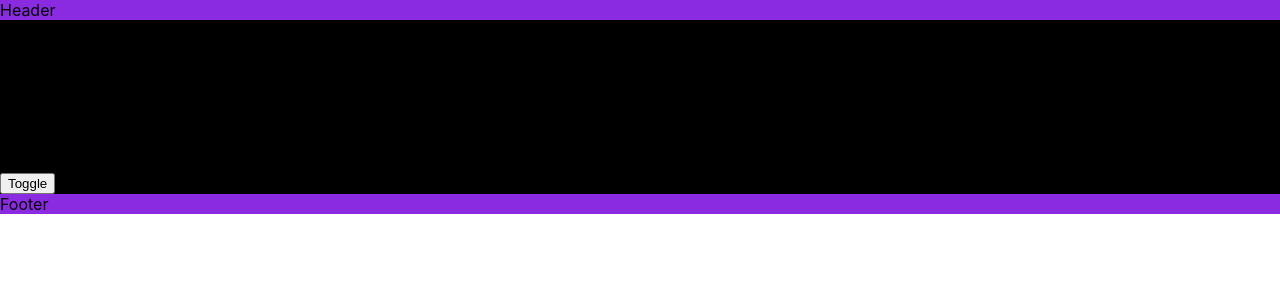
Repository: dnjfht/css-example
Page: /, after clicking the first element matching `button`
The author's editor kept a copy of each file at every save. The page is drawn from the files as they stood at one save, then again after the next save.
The browser window is 1280 px wide. The pictures show the whole page.
The project was rebuilt for these pictures with package versions that can differ from the ones it lists, and the page was loaded fresh each time.

Above is the page before, as saved 2023-05-11 02:07:47.

After the next save:
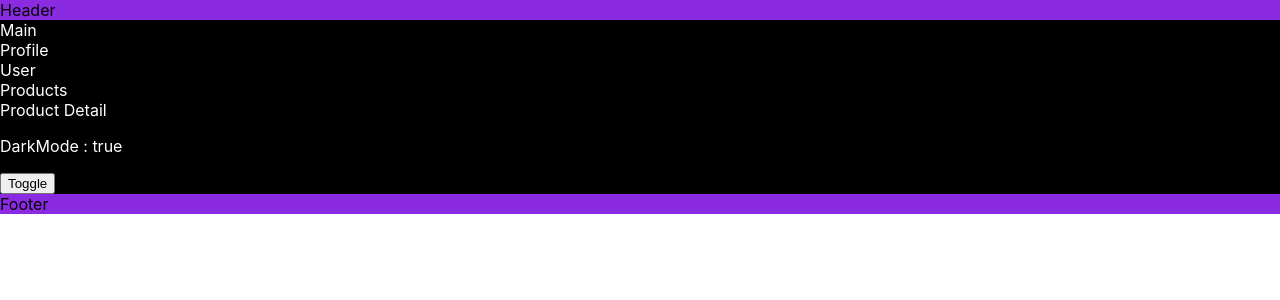
Saved 10 s later.
--- a/src/components/Main.js
+++ b/src/components/Main.js
@@ -8,7 +8,7 @@ export default function Main() {
   return (
     <>
       {darkMode === true ? (
-        <div style={{ backgroundColor: "black" }}>
+        <div style={{ backgroundColor: "black", color: "white" }}>
           Main
           <Profile2 />
           <Products2 />
